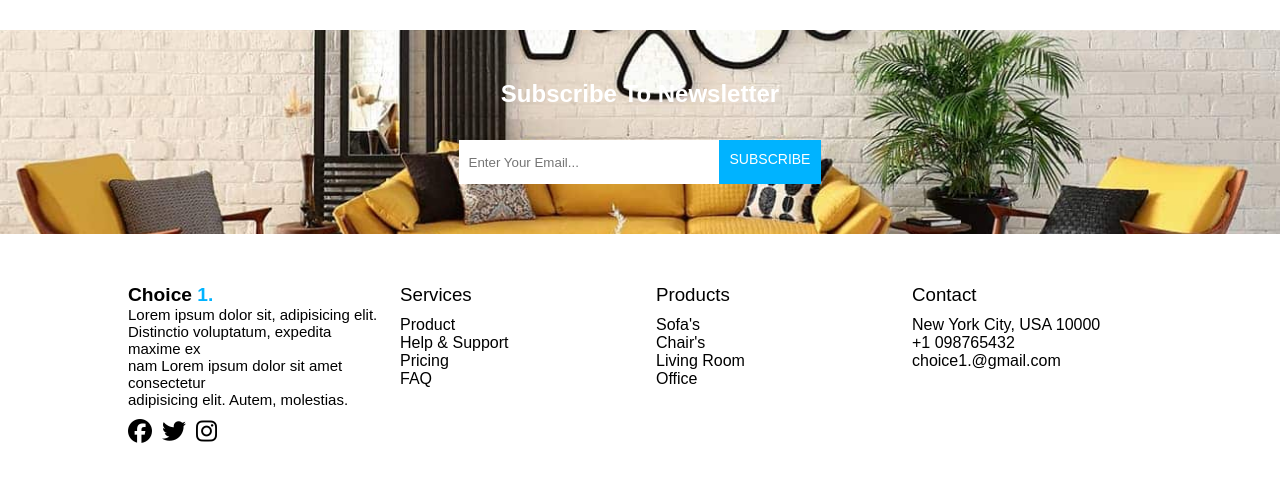
Repository: alishbah7/Choice1
Page: index.html
An editor plug-in stored every save of this project. The page is shown before and after the next save, followed by the edit.
The browser window is 1280 px wide. The pictures show the part of the page from y = 3939 to 4445 px (the page is 4435 px tall before and 4445 px after).
A picture or video elsewhere on the page could not be fetched, so the positions and the page height are approximate. Backgrounds fixed to the window are drawn as part of the page.

Above is the page before, as saved 2024-11-24 13:05:46.

After the next save:
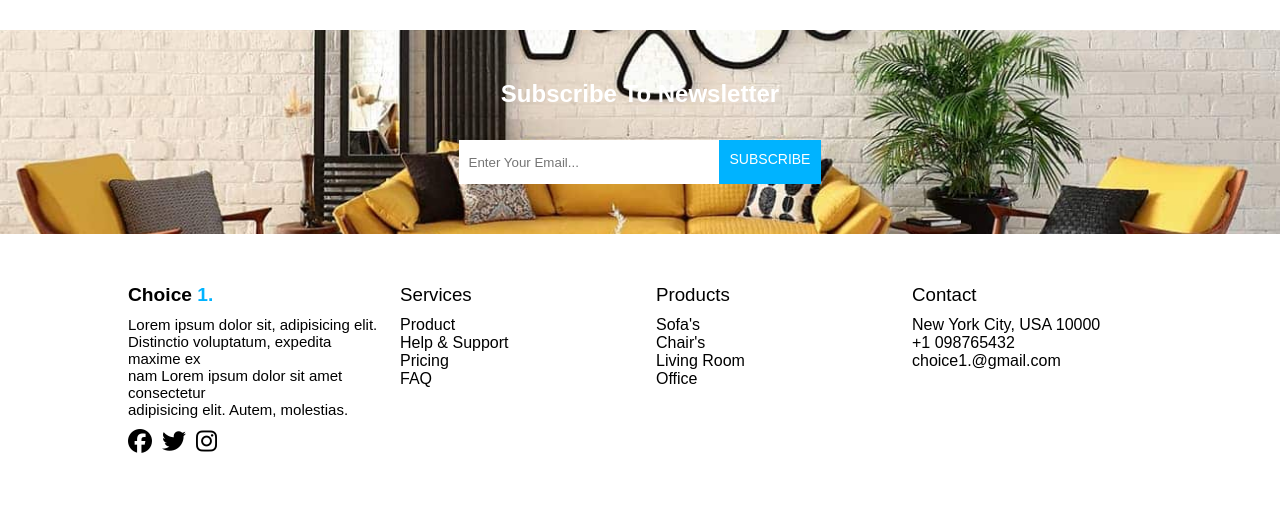
Saved 7 s later.
--- a/style.css
+++ b/style.css
@@ -296,7 +296,7 @@ header{
 .footer-box h2{
     font-size: 1.2rem;
     font-weight: 600;
-    /* margin-bottom: 5px; */
+    margin-bottom: 10px;
 }
 
 .footer-box span{
